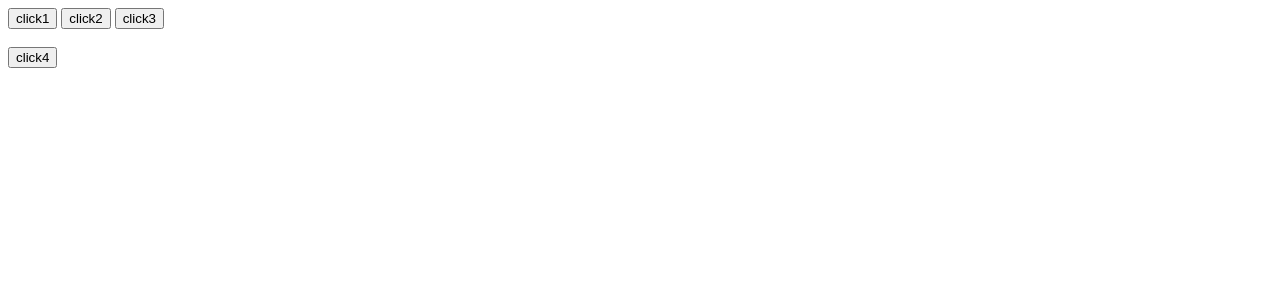
Repository: yhj4130/JsonStudy
Page: JsonApp01/WebContent/JsonTest11.html
These files come from the project's save history. The page is drawn as it stood at one moment and after the next save; the edit follows.
The browser window is 1280 px wide. The pictures show the whole page.

Above is the page before, as saved 2019-06-03 00:08:52.

### JsonApp01/WebContent/JsonTest11.html
<script type="text/javascript">

	var obj7 =
	{
		/* "test":["ccc", "ddd"], "exam":["kkk", "ppp"] */


		"test" :
		[
			"ccc", "ddd"
		],
		"exam" :
		[
			"kkk", "ppp"
		]

	}

</script>

<form>

	<input type="button" value="click1" onclick="alert(typeof obj7)">
	<!-- object -->
	<input type="button" value="click2" onclick="alert(typeof obj7.test)">
	<!-- object -->
	<input type="button" value="click3" onclick="alert(typeof obj7.exam)">
	<!-- object -->

	<br><br>

	<input type="button" value="click4" onclick="alert(obj7.test[0])">

</form>

After the next save:
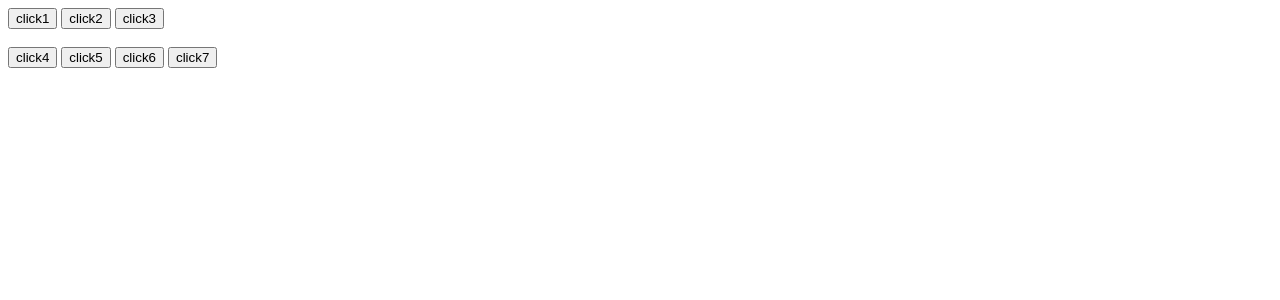
Saved 20 s later.
--- a/JsonApp01/WebContent/JsonTest11.html
+++ b/JsonApp01/WebContent/JsonTest11.html
@@ -30,5 +30,9 @@
 	<br><br>
 
 	<input type="button" value="click4" onclick="alert(obj7.test[0])">
+	<input type="button" value="click5" onclick="alert(obj7.test[1])">
+	<input type="button" value="click6" onclick="alert(obj7.exam[0])">
+	<input type="button" value="click7" onclick="alert(obj7.exam[1])">
+
 
 </form>
